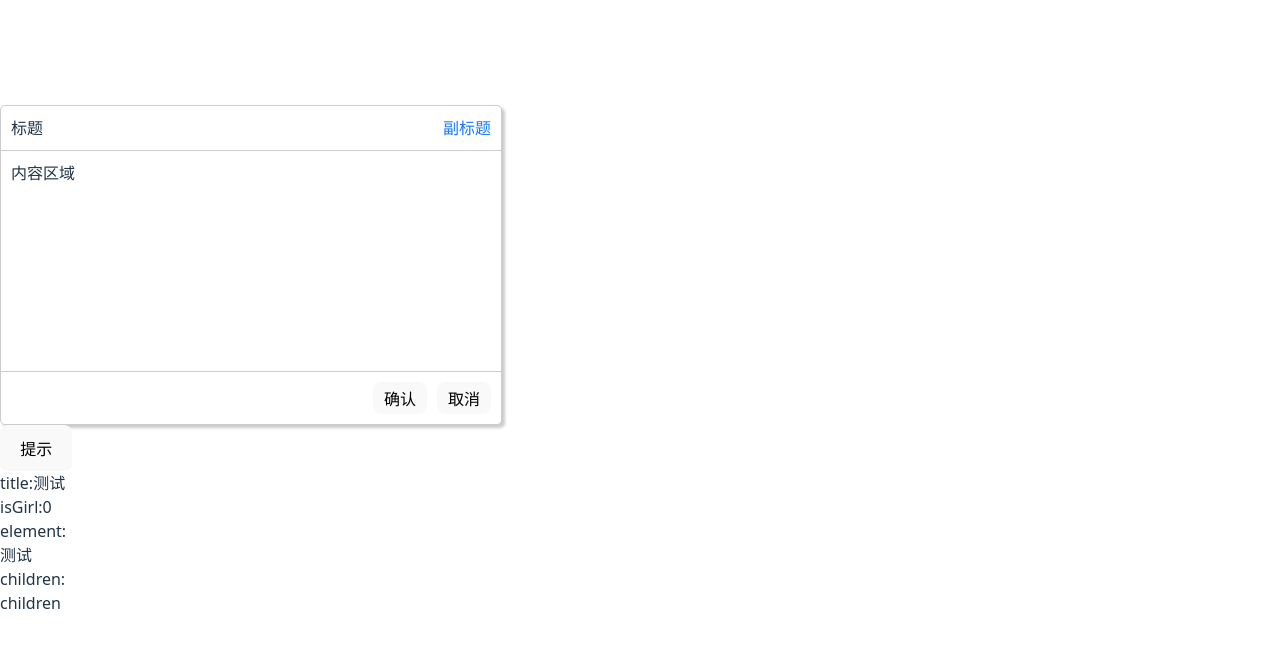
Repository: EDMZJJJ/learn-react
Page: /
An editor plug-in stored every save of this project. The page is shown before and after the next save, followed by the edit.
The browser window is 1280 px wide. The pictures show the whole page.
The project was rebuilt for these pictures with package versions that can differ from the ones it lists, and the page was loaded fresh each time. Also part of the build but not shown: vite.config.ts, src/components/Message/index.css, src/components/Message/index.tsx.

Above is the page before, as saved 2026-03-10 23:07:57.

### index.html
<!doctype html>
<html lang="en">
  <head>
    <meta charset="UTF-8" />
    <link rel="icon" type="image/svg+xml" href="/vite.svg" />
    <meta name="viewport" content="width=device-width, initial-scale=1.0" />
    <title>learn-react</title>
  </head>
  <body>
    <div id="root"></div>
    <script type="module" src="/src/main.tsx"></script>
  </body>
</html>

### src/main.tsx
import { StrictMode } from 'react'
import { createRoot } from 'react-dom/client'
import './index.css'
import App from './App.tsx'
import './components/Message/index.tsx'
createRoot(document.getElementById('root')!).render(
  <StrictMode>
    <App />
  </StrictMode>,
)

### src/App.tsx
import Card from "./components/Card"
import Test from "./components/Test"

function App() {
  //所有hook都必须在组件的最顶层调用，不能在循环或条件语句中调用它。
  const fn = (params:string)=>{
    console.log('子组件触发了 父组件的事件',params)
  }
  return (
    <>
      <Card></Card>
      {/* 全局组件 */}
      <button onClick={() => window.onShow()}>提示</button>

      {/* 组件通信 */}
      <Test
        title={'测试'}
        id={1}
        obj={{ a: 1, b: 2 }}
        arr={[1, 2, 3]}
        cb={(a: number, b: number) => a + b}
        empty={null}
        element={<div>测试</div>}
        isGirl={false}
        callback={fn}
      >
        <div>children</div>
      </Test>
    </>
  )
}

export default App

### src/components/Card/index.tsx
import './index.css'

export default function Card() {
    return (
        <div className='card'>
            <header>
                <div>标题</div>
                <div>副标题</div>
            </header>
            <main>
                内容区域
            </main>
            <footer>
                 <button>确认</button>
                 <button>取消</button>
            </footer>
        </div>
    )
}

### src/components/Test/index.tsx
import type { JSX } from "react"
import React from "react"
interface Props {
    title?: string
    id: number
    obj: {
        a: number
        b: number
    }
    arr: number[]
    cb: (a: number, b: number) => number
    empty: null
    element: JSX.Element,
    isGirl:boolean,
    children?:React.ReactNode, //在之前的版本children是不需要手动定义的，在18之后改为需要手动定义类型
    callback:(params: string) => void
}
// 第二种默认值的方式
// const defaultProps: Partial<Props> = {
//     title: '默认标题',
// }
// const Test:React.FC<Props> = (props)=>{
// const { title } = { ...defaultProps, ...props }
//   console.log(props)
//   return (
//     <>
//     <div>title:{title}</div>
//     <div>isGirl:{props.isGirl?1:0}</div>
//     <div>子组件test:{props.element}</div>
//     </>
//   )
// }

// React.FC是函数式组件，是在TS使用的一个范型。FC是Function Component的缩写
// React.FC 帮助我们自动推导Props的类型。

// 第一种默认值的方式
const Test:React.FC<Props> = ({title = '默认标题',...props})=>{
  console.log(props)
  return (
    <>
    <div>title:{title}</div>
    <div>isGirl:{props.isGirl?1:0}</div>
    <div>element:{props.element}</div>
    <div>children:{props.children}</div>
    </>
  )
}
export default Test

### src/components/Card/index.css
.card {
  background: white;
  border-radius: 5px;
  border: 1px solid #ccc;
  width: 500px;
  box-shadow: 3px 3px 3px #ccc;

  header {
    display: flex;
    justify-content: space-between;
    align-items: center;
    border-bottom: 1px solid #ccc;
    padding: 10px;

    div:last-child {
      color: #1677ff;
    }
  }

  main {
    min-height: 200px;
    border-bottom: 1px solid #ccc;
    padding: 10px;
  }
  footer {
    display: flex;
    justify-content: flex-end;
    align-items: center;
    padding: 10px;
    button {
      margin-left: 10px;
      padding: 3px 10px;
    }
  }
}

Loaded but not shown: src/index.css (common file)

After the next save:
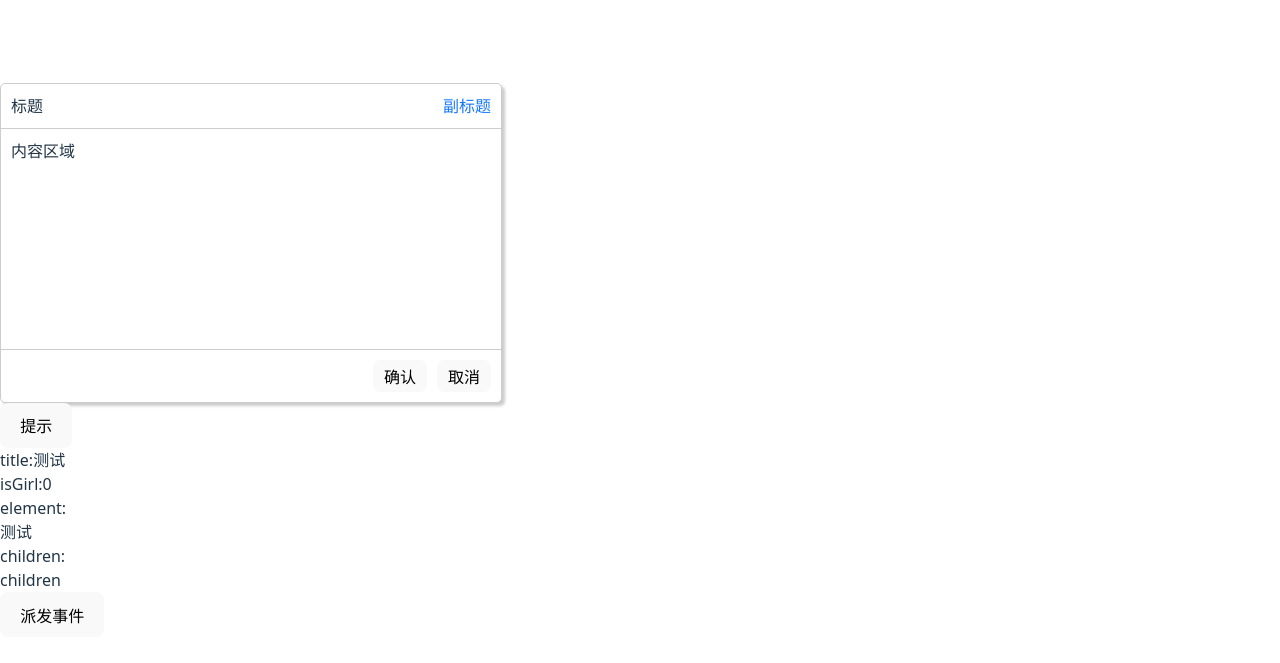
Saved 13 s later.
--- a/src/components/Test/index.tsx
+++ b/src/components/Test/index.tsx
@@ -43,6 +43,7 @@ const Test:React.FC<Props> = ({title = '默认标题',...props})=>{
     <div>isGirl:{props.isGirl?1:0}</div>
     <div>element:{props.element}</div>
     <div>children:{props.children}</div>
+    <button onClick={() => props.callback('我见过龙')}>派发事件</button>
     </>
   )
 }
